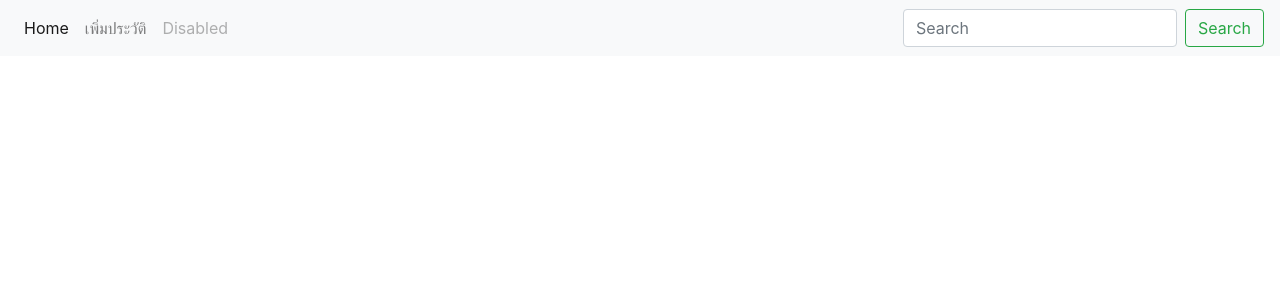
Repository: p2job/javawebapp
Page: http://localhost/demojsp/
An editor plug-in stored every save of this project. The page is shown before and after the next save, followed by the edit.
The browser window is 1280 px wide. The pictures show the whole page.
The page is served by Tomcat 9.

Above is the page before, as saved 2020-07-31 07:46:36.

### demojsp/WebContent/index.jsp
  <%@page contentType="text/html" pageEncoding="UTF-8"%>
  <%@ page import="java.sql.*"  %>
<!DOCTYPE html>
<html>
<head>
<meta http-equiv="Content-Type" content="text/html; charset=UTF-8">
<meta name="viewport" content="width=device-width, initial-scale=1, shrink-to-fit=no">
<link rel="stylesheet" href="https://stackpath.bootstrapcdn.com/bootstrap/4.5.0/css/bootstrap.min.css" integrity="sha384-9aIt2nRpC12Uk9gS9baDl411NQApFmC26EwAOH8WgZl5MYYxFfc+NcPb1dKGj7Sk" crossorigin="anonymous">
<title>Insert title here</title>
</head>
<body>
	<nav class="navbar navbar-expand-lg navbar-light bg-light">
  <button class="navbar-toggler" type="button" data-toggle="collapse" data-target="#navbarTogglerDemo01" aria-controls="navbarTogglerDemo01" aria-expanded="false" aria-label="Toggle navigation">
    <span class="navbar-toggler-icon"></span>
  </button>
  <div class="collapse navbar-collapse" id="navbarTogglerDemo01">
    <ul class="navbar-nav mr-auto mt-2 mt-lg-0">
      <li class="nav-item active">
        <a class="nav-link" href="#">Home <span class="sr-only">(current)</span></a>
      </li>
      <li class="nav-item">
        <a class="nav-link" href="#">เพิ่มประวัติ</a>
      </li>
      <li class="nav-item">
        <a class="nav-link disabled" href="#" tabindex="-1" aria-disabled="true">Disabled</a>
      </li>
    </ul>
    <form class="form-inline my-2 my-lg-0">
      <input class="form-control mr-sm-2" type="search" placeholder="Search" aria-label="Search">
      <button class="btn btn-outline-success my-2 my-sm-0" type="submit">Search</button>
    </form>
  </div>
</nav>
	<script src="https://code.jquery.com/jquery-3.5.1.slim.min.js" integrity="sha384-DfXdz2htPH0lsSSs5nCTpuj/zy4C+OGpamoFVy38MVBnE+IbbVYUew+OrCXaRkfj" crossorigin="anonymous"></script>
    <script src="https://cdn.jsdelivr.net/npm/popper.js@1.16.0/dist/umd/popper.min.js" integrity="sha384-Q6E9RHvbIyZFJoft+2mJbHaEWldlvI9IOYy5n3zV9zzTtmI3UksdQRVvoxMfooAo" crossorigin="anonymous"></script>
    <script src="https://stackpath.bootstrapcdn.com/bootstrap/4.5.0/js/bootstrap.min.js" integrity="sha384-OgVRvuATP1z7JjHLkuOU7Xw704+h835Lr+6QL9UvYjZE3Ipu6Tp75j7Bh/kR0JKI" crossorigin="anonymous"></script>
</body>
</html>

After the next save:
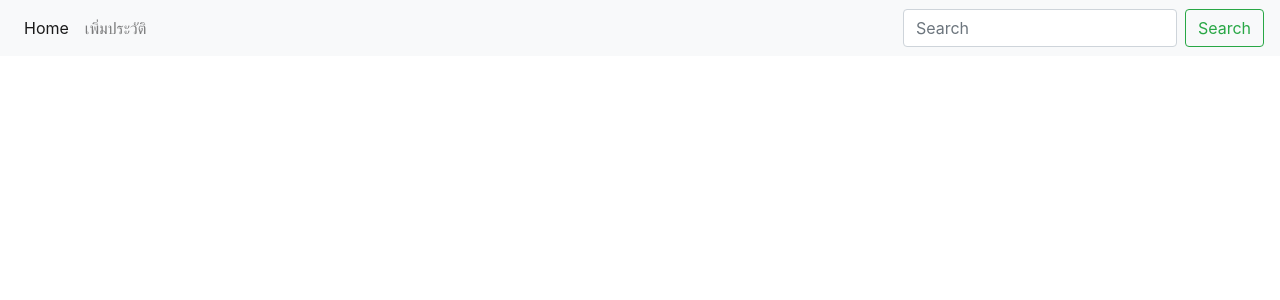
Saved 6 s later.
--- a/demojsp/WebContent/index.jsp
+++ b/demojsp/WebContent/index.jsp
@@ -21,9 +21,6 @@
       <li class="nav-item">
         <a class="nav-link" href="#">เพิ่มประวัติ</a>
       </li>
-      <li class="nav-item">
-        <a class="nav-link disabled" href="#" tabindex="-1" aria-disabled="true">Disabled</a>
-      </li>
     </ul>
     <form class="form-inline my-2 my-lg-0">
       <input class="form-control mr-sm-2" type="search" placeholder="Search" aria-label="Search">
